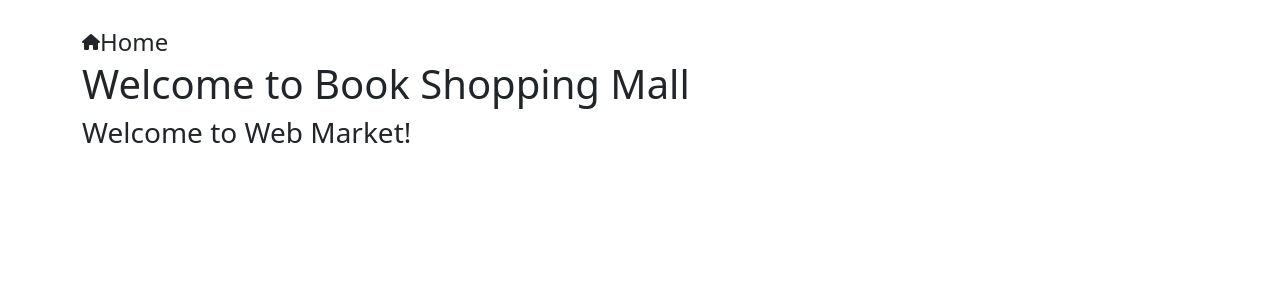
Repository: byeolchorong/ITedunet
Page: http://localhost/BookMarket/welcome.jsp
An editor plug-in stored every save of this project. The page is shown before and after the next save, followed by the edit.
The browser window is 1280 px wide. The pictures show the whole page.
Some web libraries are served in a nearby version. The page is served by Tomcat 10. Nobody is signed in. The application's start-up code is not run.

Above is the page before, as saved 2025-05-21 05:28:04.

After the next save:
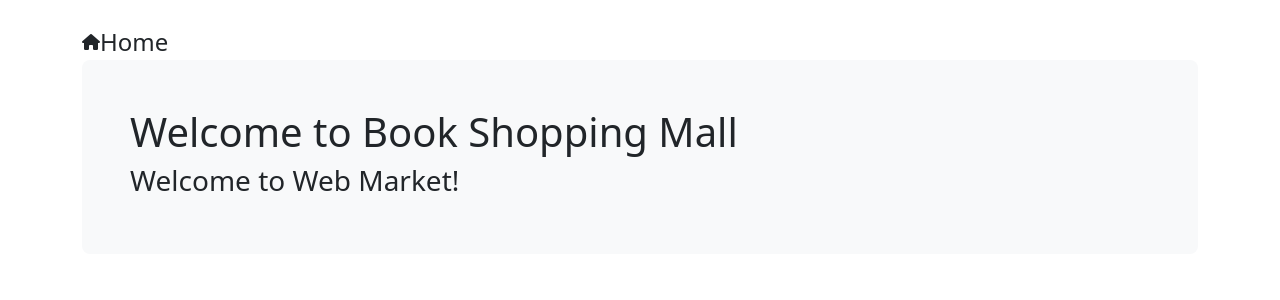
Saved 80 s later.
--- a/JSP/BookMarket/src/main/webapp/welcome.jsp
+++ b/JSP/BookMarket/src/main/webapp/welcome.jsp
@@ -19,8 +19,12 @@
 	<%! String greeting = "Welcome to Book Shopping Mall";
 	String tagline = "Welcome to Web Market!";%>
 
-	<h1><%= greeting %></h1>
+	<div class="p-5 mb-4 bg-body-tertiary rounded-3">
+		<div>
+			<h1><%= greeting %></h1>
 	<h3><%= tagline %></h3>
+		</div>
+	</div>
 </div>
 </body>
 </html>
